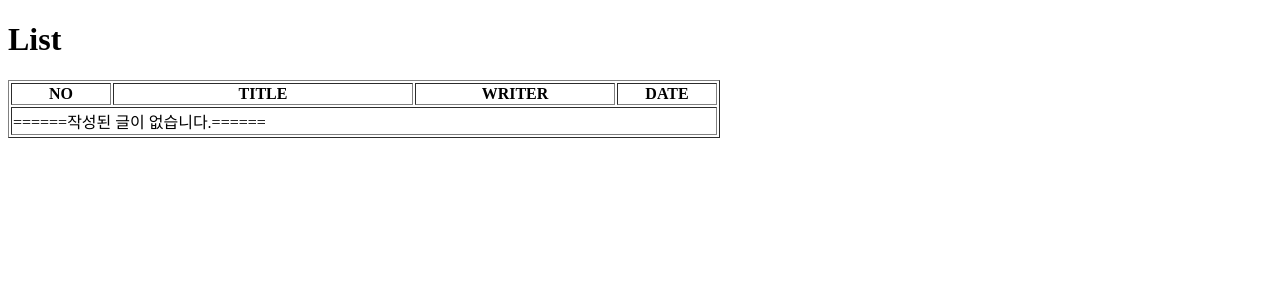
Repository: leedh909/Academy-web-
Page: http://localhost/Jsp09_AnswerBoard/
The author's editor kept a copy of each file at every save. The page is drawn from the files as they stood at one save, then again after the next save.
The browser window is 1280 px wide. The pictures show the whole page.
The page is served by Tomcat 9. Queries for data that is not in the repository find no rows.

Above is the page before, as saved 2020-07-08 02:06:59.

After the next save:
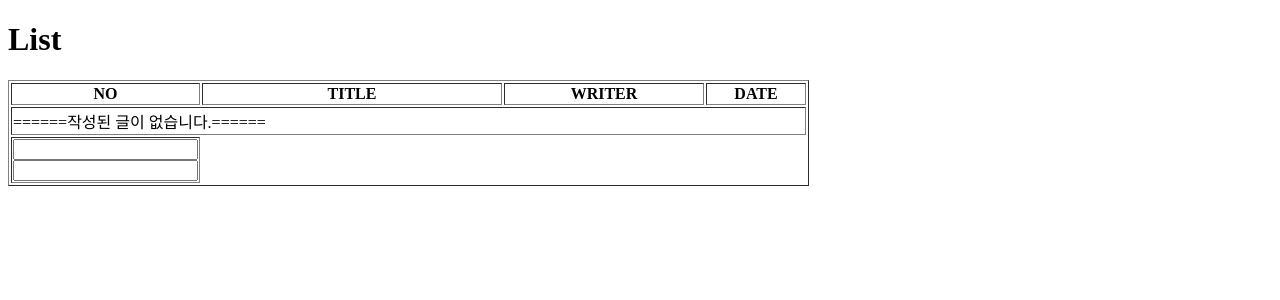
Saved 40 s later.
--- a/실습자료/eclipse-servlet/Jsp09_AnswerBoard/WebContent/boardlist.jsp
+++ b/실습자료/eclipse-servlet/Jsp09_AnswerBoard/WebContent/boardlist.jsp
@@ -31,12 +31,19 @@
 			</c:when>
 			<c:otherwise>
 				<c:forEach var="list" items="${list}">
+					<tr>
 
 
+					</tr>
 				</c:forEach>
 			</c:otherwise>
 		</c:choose>
-
+		<tr>
+			<td>
+				<input>
+				<input>
+			</td>
+		</tr>
 
 
 
